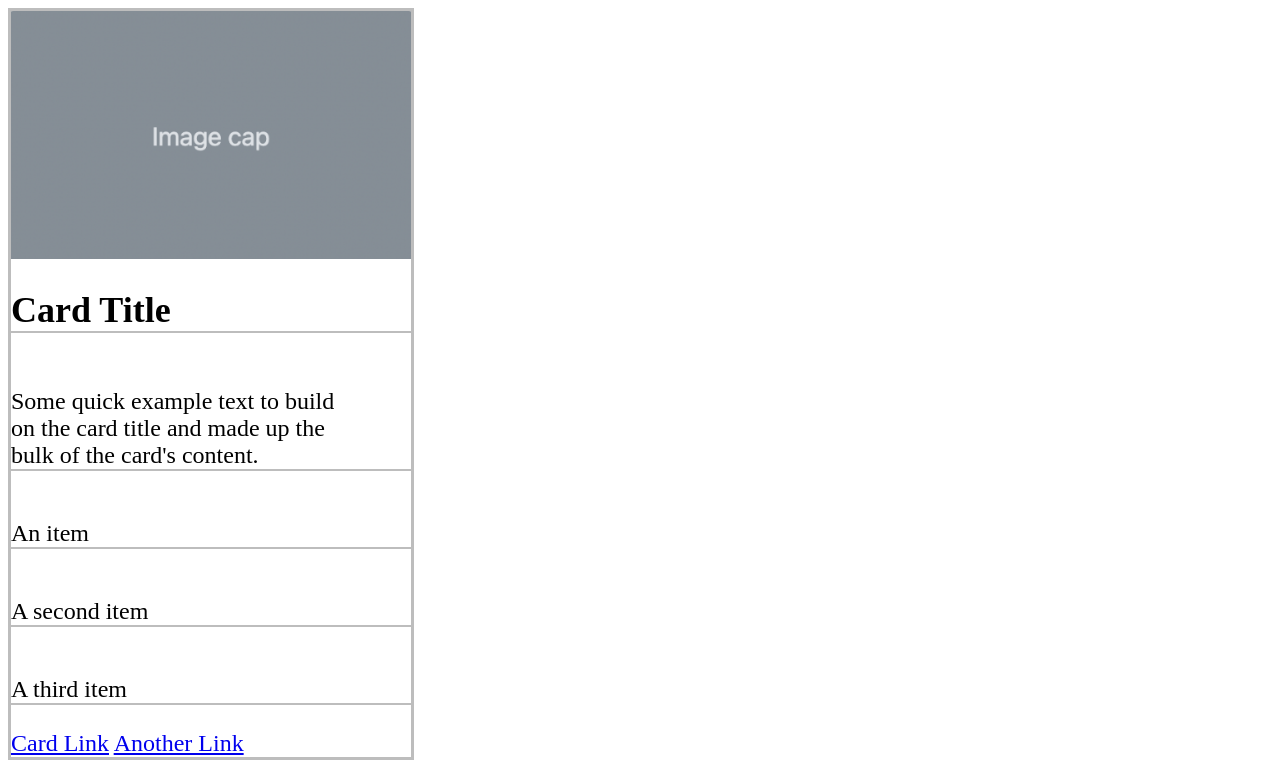
Repository: tr2cky/nav
Page: card.html
The author's editor kept a copy of each file at every save. The page is drawn from the files as they stood at one save, then again after the next save.
The browser window is 1280 px wide. The pictures show the whole page.

Above is the page before, as saved 2022-09-27 16:37:15.

After the next save:
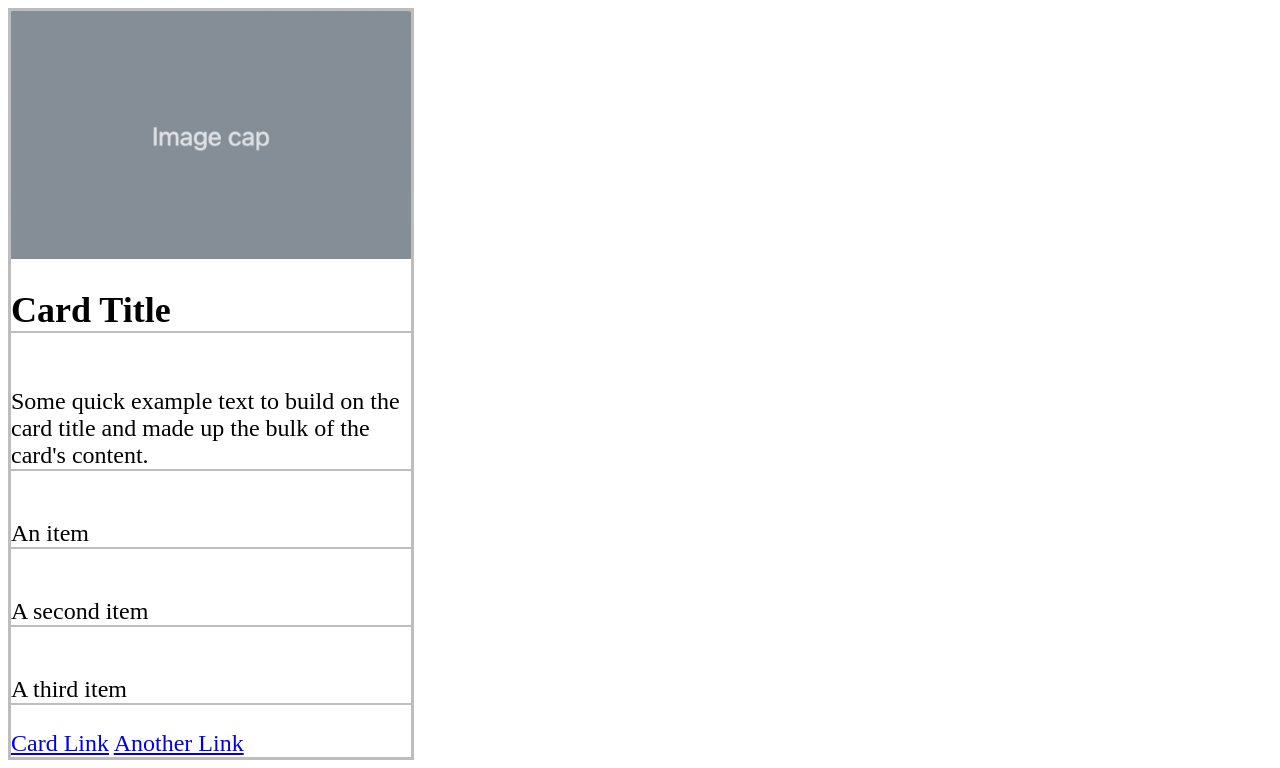
Saved 23 s later.
--- a/card.html
+++ b/card.html
@@ -13,8 +13,8 @@
     <article class="container">
         <img src="imagecap.png" alt="Image Cap">
         <h2>Card Title</h2>
-        <p>Some quick example text to build <br>
-            on the card title and made up the <br>
+        <p>Some quick example text to build
+            on the card title and made up the
             bulk of the card's content.</p>
         <p>An item</p>
         <p>A second item</p>
